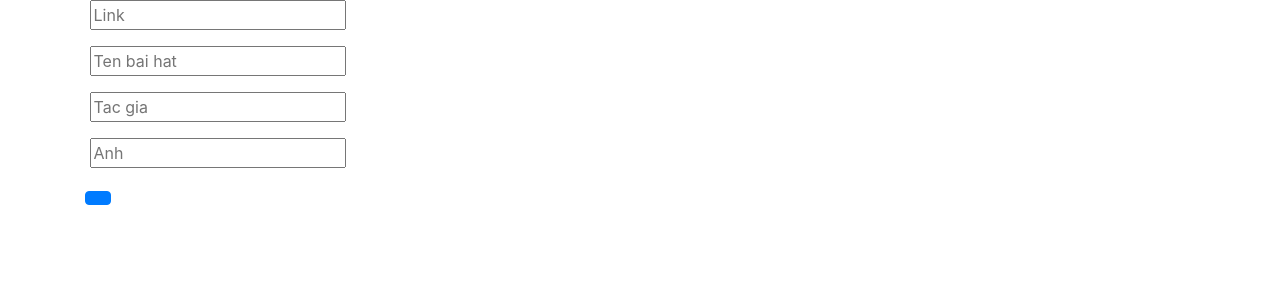
Repository: dovanthao2404/AppMusicHoHo
Page: inex.html
The author's editor kept a copy of each file at every save. The page is drawn from the files as they stood at one save, then again after the next save.
The browser window is 1280 px wide. The pictures show the whole page.

Above is the page before, as saved 2021-08-05 08:22:26.

After the next save:
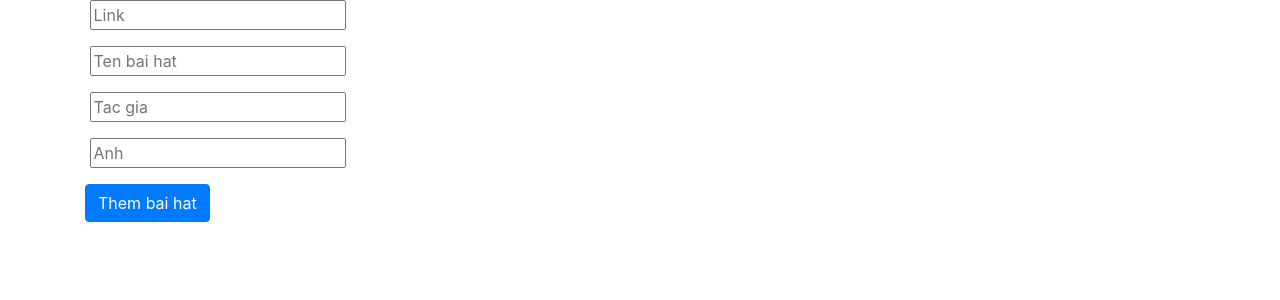
Saved 4 s later.
--- a/inex.html
+++ b/inex.html
@@ -32,7 +32,7 @@
           <label for="img"></label>
           <input id="img" type="text" placeholder="Anh">
         </div>
-        <button class="btn btn-primary"></button>
+        <button class="btn btn-primary">Them bai hat</button>
       </form>
     </div>
   </div>
